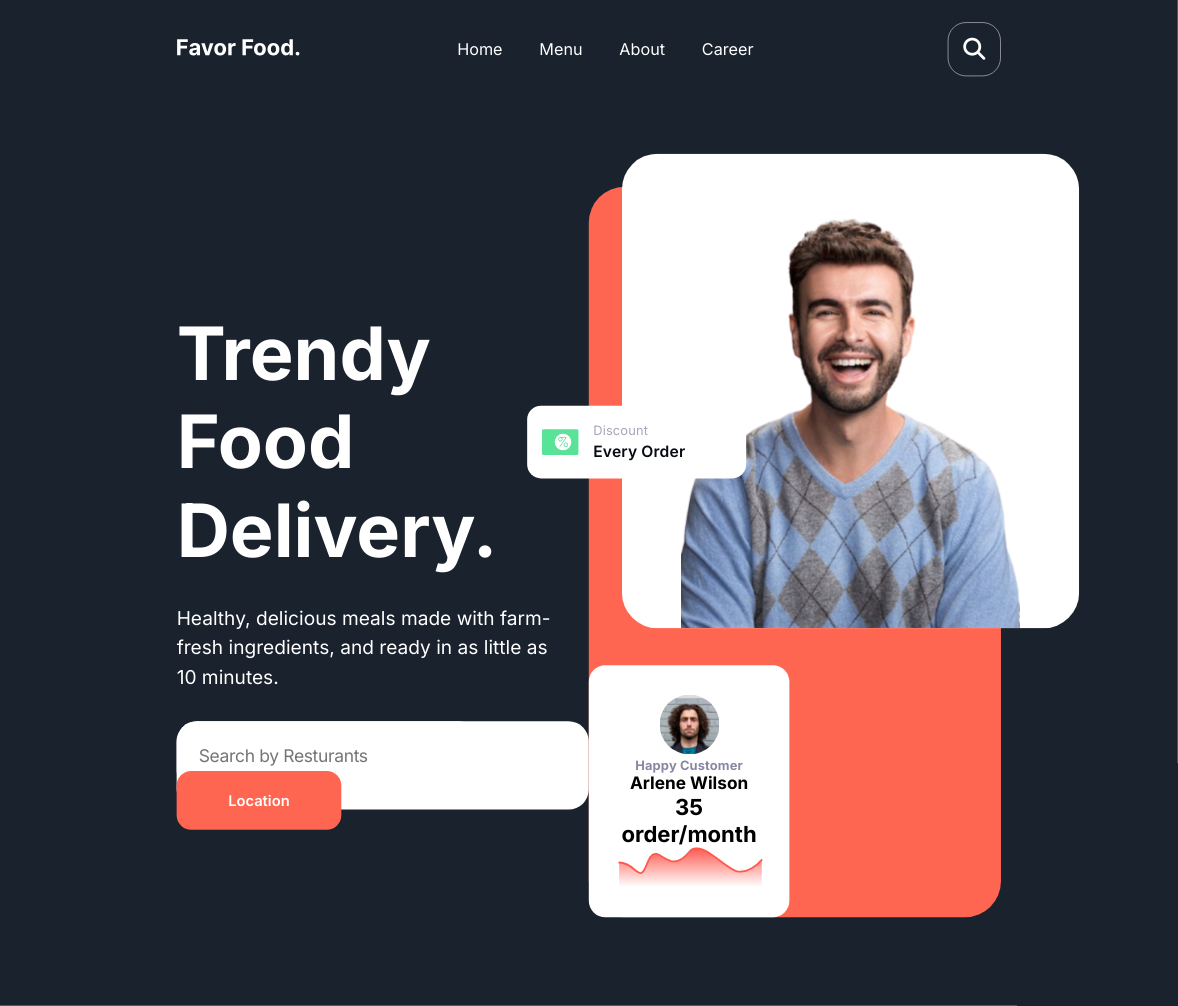
Repository: badhon252/favor-food
Page: index.html
These files come from the project's save history. The page is drawn as it stood at one moment and after the next save; the edit follows.
The browser window is 1280 px wide. The pictures show the whole page, at 92% of full size.
The style sheet was rebuilt from its Sass, Less or Tailwind sources for each picture, by a compiler version that may differ from the author's.

Above is the page before, as saved 2022-09-11 00:57:59.

After the next save:
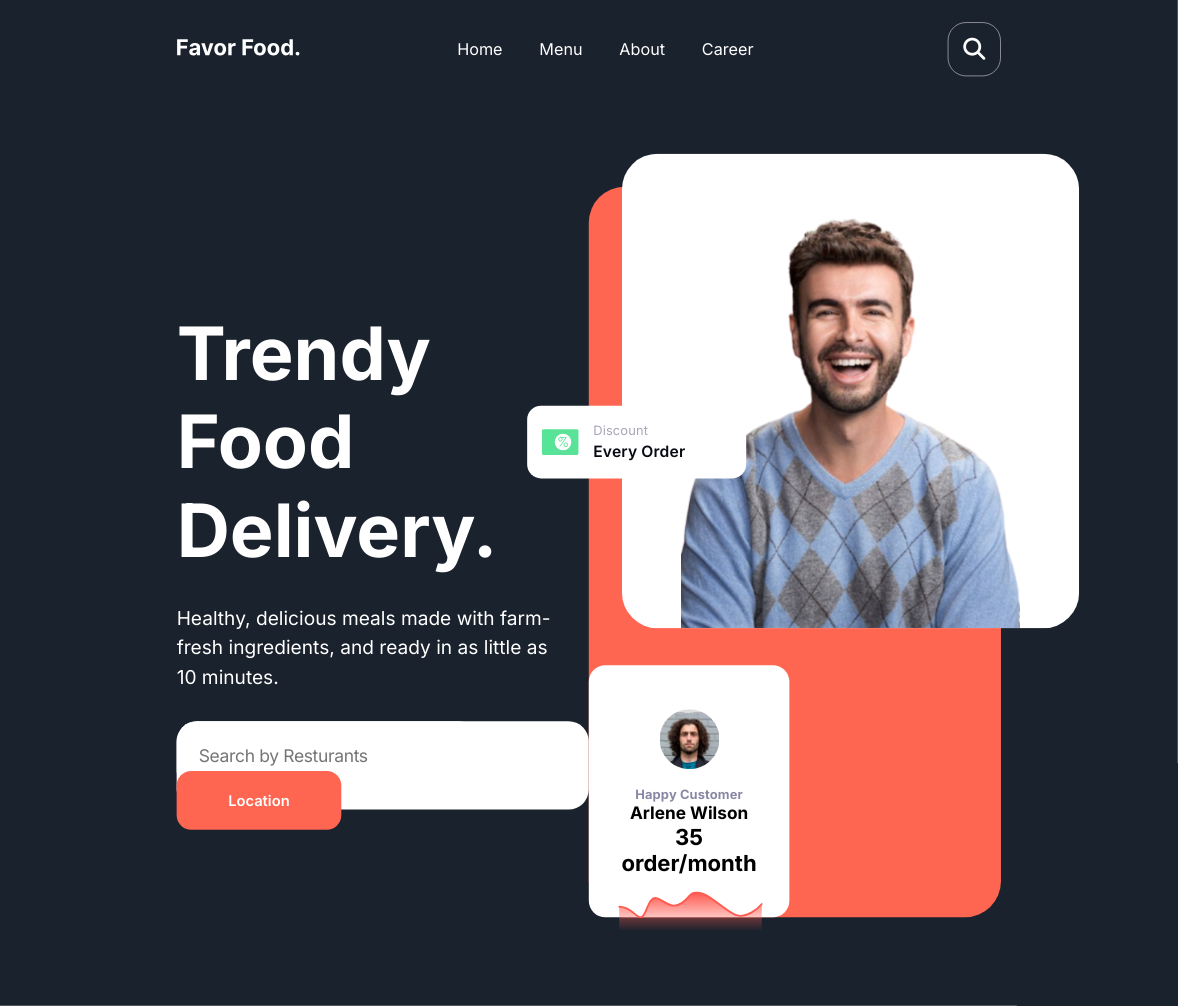
Saved 35 s later.
--- a/scss/style.scss
+++ b/scss/style.scss
@@ -181,6 +181,9 @@ header {
         color: #000;
         padding: 2rem;
         text-align: center;
+        img {
+          margin: 1rem 0;
+        }
         h4 {
           font-size: 14px;
           line-height: 16px;
